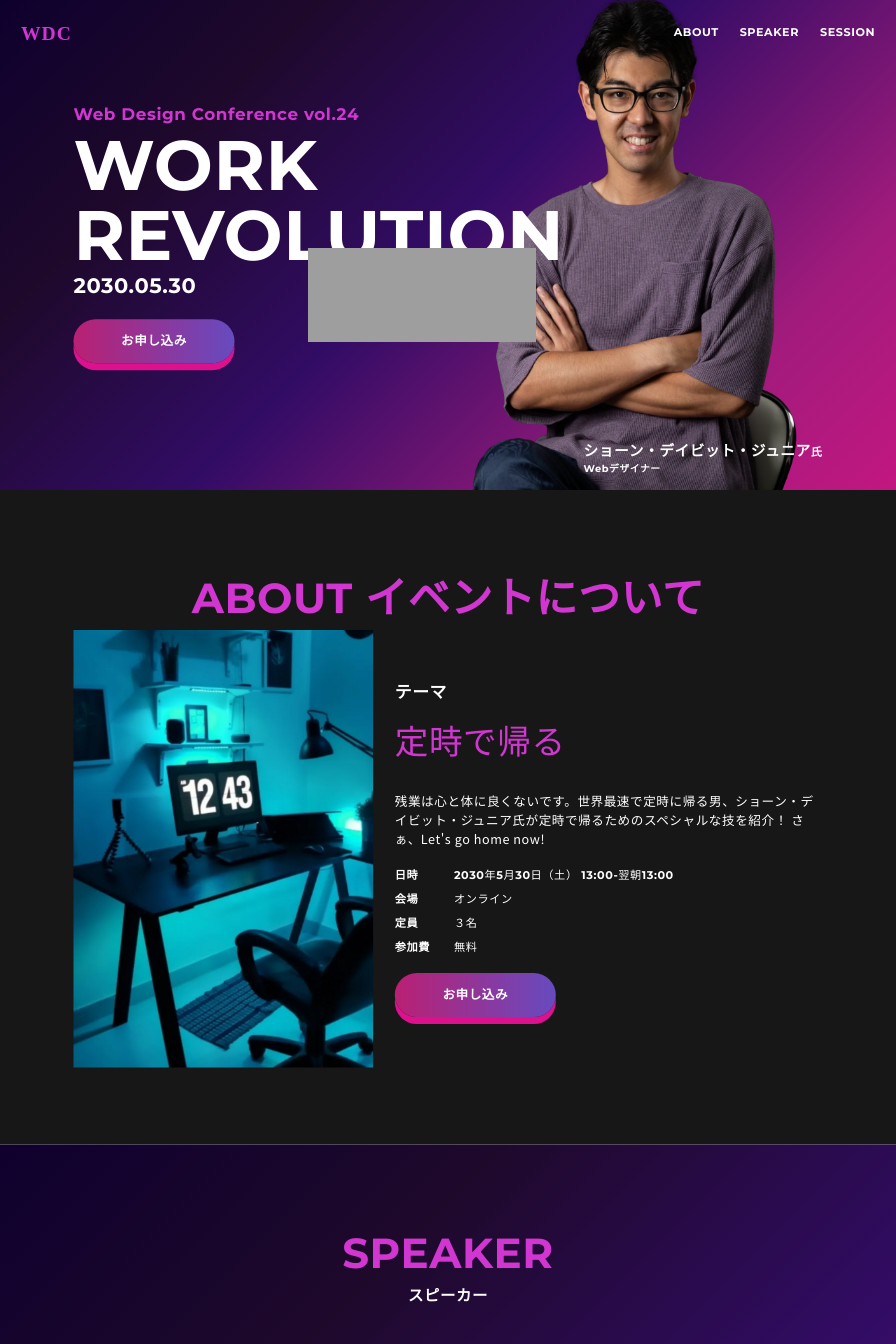
Repository: tetishi/wdc
Page: index.html
The author's editor kept a copy of each file at every save. The page is drawn from the files as they stood at one save, then again after a run of saves.
The browser window is 1280 px wide. The pictures show the part of the page from y = 0 to 1920 px (the page is 6212 px tall), at 70% of full size.
Pictures or frames that could not be fetched are drawn as grey boxes. Some web libraries are served in a nearby version. The style sheet was rebuilt from its Sass, Less or Tailwind sources for each picture, by a compiler version that may differ from the author's.

Above is the page before, as saved 2023-07-15 18:29:15.

After the next 2 saves:
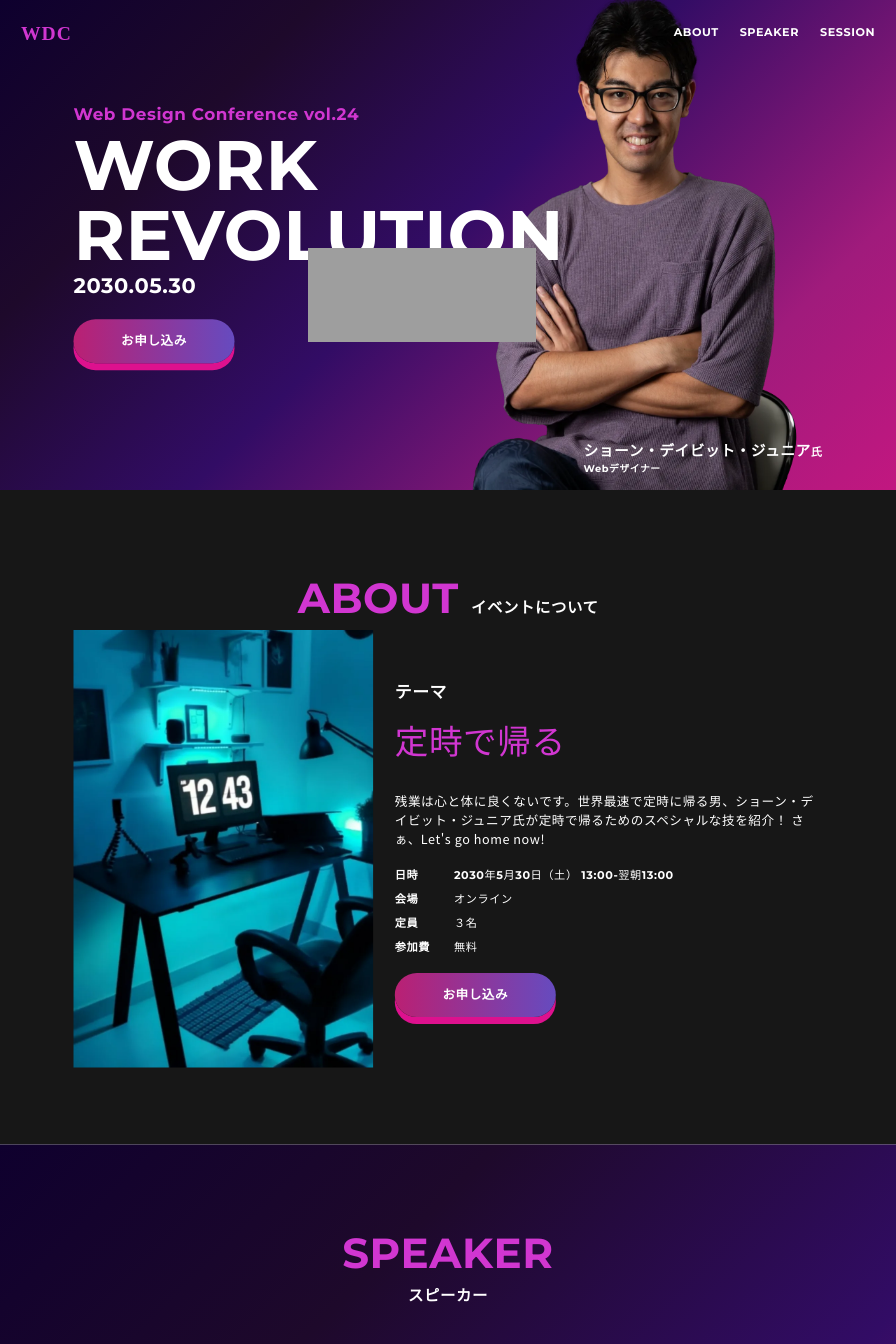
The 2 saves are shown as one change because they came seconds apart.
The last was saved 27 s later.
--- a/index.html
+++ b/index.html
@@ -63,7 +63,7 @@
             <div class="section-inner">
                 <h2 class="section-title">
                     ABOUT
-                    <span>イベントについて</span>
+                    <span class="section-under-title">イベントについて</span>
                 </h2>
                 <!-- <p class="section-under-title"></p> -->
                 <div class="about-container">
